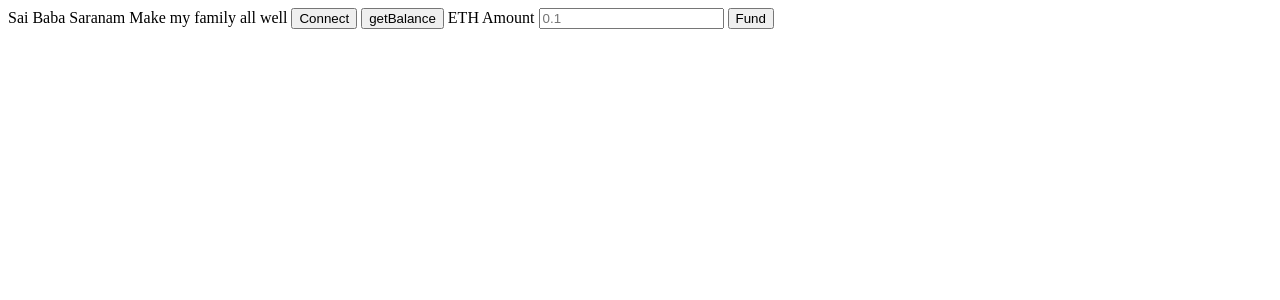
Repository: Sugunaramkumar/Fund-Me-App---FCC
Page: index.html
An editor plug-in stored every save of this project. The page is shown before and after the next save, followed by the edit.
The browser window is 1280 px wide. The pictures show the whole page.

Above is the page before, as saved 2022-07-27 07:54:34.

### index.html
<!DOCTYPE html>
<html lang="en">
<head>
    <title>Fund Me App</title>
</head>
<body>
    Sai Baba Saranam
    Make my family all well
    <script src="./index.js" type="module">
    </script>
    <button id="connectButton">Connect</button>
    <button id="balanceButton">getBalance</button>

    <!-- form -->
    <label for ="fund">ETH Amount</label>
    <input id ="ethAmount" placeholder="0.1"/>
    <button id="fundButton">Fund</button>
     <!-- form -->
</body>
</html>

### index.js
// in node js we use requite()
//in front end we cant use require
//import

import { ethers } from "./ethers-5.6.esm.min.js"
import { abi, contractAddress } from "./constants.js"

const connectButton = document.getElementById("connectButton")
const fundButton = document.getElementById("fundButton")
const balanceButton = document.getElementById("balanceButton")
connectButton.onclick = connect
fundButton.onclick = fund
balanceButton.onclick = getBalance

async function connect() {
    if (typeof window.ethereum !== "undefined") {
        await ethereum.request({ method: "eth_requestAccounts" })
        connectButton.innerHTML = "Connected"
    } else {
        fundButton.innerHTML = "Please install metamask!"
    }
}
//fund function

async function getBalance() {
    if (typeof window.ethereum != "undefined") {
        const provider = new ethers.providers.Web3Provider(window.ethereum)
        const balance = await provider.getBalance(contractAddress)
        console.log(ethers.utils.formatEther(balance))
    }
}

async function fund() {
    const ethAmount = document.getElementById("ethAmount").value
    console.log("Funding with ${ethAmount}...")
    if (typeof window.ethereum !== "undefined") {
        //provider / connection to the blockchain
        //signer /wallet/someone with gas
        //contract that we are interacting with
        //^ ABI & address
        const provider = new ethers.providers.Web3Provider(window.ethereum)
        const signer = provider.getSigner()
        const contract = new ethers.Contract(contractAddress, abi, signer)
        try {
            const transactionResponse = await contract.fund({
                value: ethers.utils.parseEther(ethAmount),
            })
            //hey wait for Tx to finish
            await listenForTransactionMine(transactionResponse, provider)
            console.log("Done!")
        } catch (error) {
            console.log(error)
        }
    }
}
function listenForTransactionMine(transactionResponse, provider) {
    console.log(`Mining ${transactionResponse.hash}...`)
    return new Promise((resolve, reject) => {
        provider.once(transactionResponse.hash, (transactionReceipt) => {
            console.log(
                `Completed with ${transactionReceipt.confirmations} confirmations`
            )
            resolve()
        })
    })
}

//withdraw

### constants.js
export const contractAddress = "0xe7f1725E7734CE288F8367e1Bb143E90bb3F0512"
export const abi = [
    {
        inputs: [
            {
                internalType: "address",
                name: "priceFeedAddress",
                type: "address",
            },
        ],
        stateMutability: "nonpayable",
        type: "constructor",
    },
    {
        inputs: [],
        name: "FundMe__NotOwner",
        type: "error",
    },
    {
        stateMutability: "payable",
        type: "fallback",
    },
    {
        inputs: [],
        name: "MINIMUM_USD",
        outputs: [
            {
                internalType: "uint256",
                name: "",
                type: "uint256",
            },
        ],
        stateMutability: "view",
        type: "function",
    },
    {
        inputs: [],
        name: "cheaperWithdraw",
        outputs: [],
        stateMutability: "payable",
        type: "function",
    },
    {
        inputs: [],
        name: "fund",
        outputs: [],
        stateMutability: "payable",
        type: "function",
    },
    {
        inputs: [
            {
                internalType: "address",
                name: "funder",
                type: "address",
            },
        ],
        name: "getAddressToAmountFunded",
        outputs: [
            {
                internalType: "uint256",
                name: "",
                type: "uint256",
            },
        ],
        stateMutability: "view",
        type: "function",
    },
    {
        inputs: [
            {
                internalType: "uint256",
                name: "index",
                type: "uint256",
            },
        ],
        name: "getFunder",
        outputs: [
            {
                internalType: "address",
                name: "",
                type: "address",
            },
        ],
        stateMutability: "view",
        type: "function",
    },
    {
        inputs: [],
        name: "getOwner",
        outputs: [
            {
                internalType: "address",
                name: "",
                type: "address",
            },
        ],
        stateMutability: "view",
        type: "function",
    },
    {
        inputs: [],
        name: "priceFeed",
        outputs: [
            {
                internalType: "contract AggregatorV3Interface",
                name: "",
                type: "address",
            },
        ],
        stateMutability: "view",
        type: "function",
    },
    {
        inputs: [],
        name: "withdraw",
        outputs: [],
        stateMutability: "payable",
        type: "function",
    },
    {
        stateMutability: "payable",
        type: "receive",
    },
]

Loaded but not shown: ethers-5.6.esm.min.js (library)

After the next save:
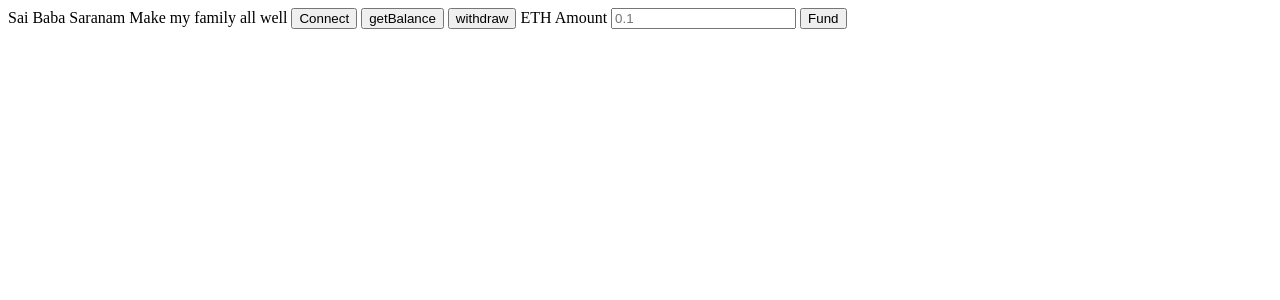
Saved 2 min 31 s later.
--- a/index.html
+++ b/index.html
@@ -10,6 +10,7 @@
     </script>
     <button id="connectButton">Connect</button>
     <button id="balanceButton">getBalance</button>
+    <button id="withdrawButton">withdraw</button>
 
     <!-- form -->
     <label for ="fund">ETH Amount</label>
